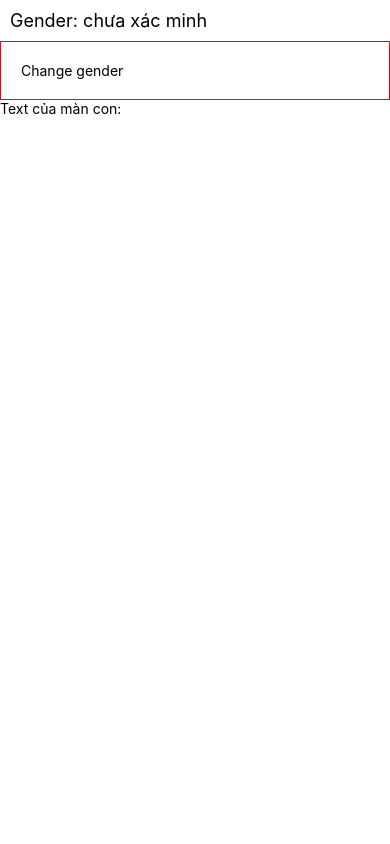
Repository: web345/test
Screen: /
These files come from the project's save history. The screen is drawn as it stood at one moment and after the next save; the edit follows.
The app was drawn by React Native's web renderer in a window 390 px wide. The project was rebuilt for these pictures with package versions that can differ from the ones it lists, and the page was loaded fresh each time.

Above is the screen before, as saved 2021-08-17 14:30:28.

### App.js
import React, {useState} from 'react'
import { View, Text, TextInput, TouchableOpacity, StyleSheet } from 'react-native'

export default function App() {


  const [gioitinh, setGioitinh]= useState("chưa xác minh");
  const [text1, settext1]= useState(" ");
  return (
    <View>
    <Text style={style.text} >Gender: {gioitinh}</Text>
    <TouchableOpacity style={style.button}><Text>Change gender</Text></TouchableOpacity>
    <Text>Text của màn con: {text1}</Text>
    </View>
  )
}

const style =StyleSheet.create({
  text: {
    fontSize: 18,
    margin: 10,
  },
  button: {
    borderWidth: 1,
    padding: 20,
    borderColor: "red",
  },
});

After the next save:
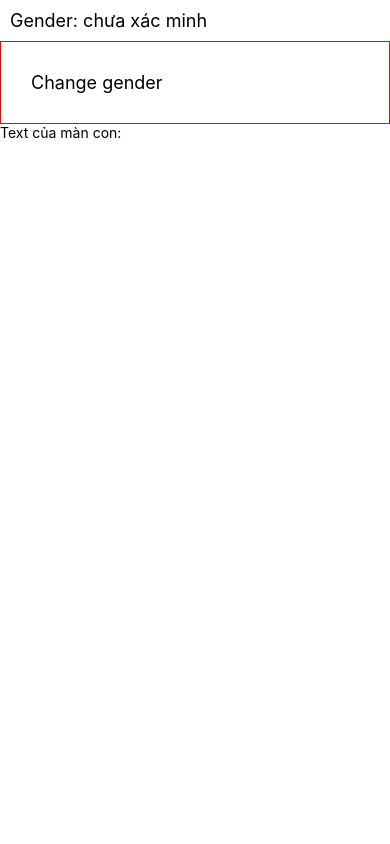
Saved 13 s later.
--- a/App.js
+++ b/App.js
@@ -9,7 +9,7 @@ export default function App() {
   return (
     <View>
     <Text style={style.text} >Gender: {gioitinh}</Text>
-    <TouchableOpacity style={style.button}><Text>Change gender</Text></TouchableOpacity>
+    <TouchableOpacity style={style.button}><Text style={style.text}>Change gender</Text></TouchableOpacity>
     <Text>Text của màn con: {text1}</Text>
     </View>
   )
